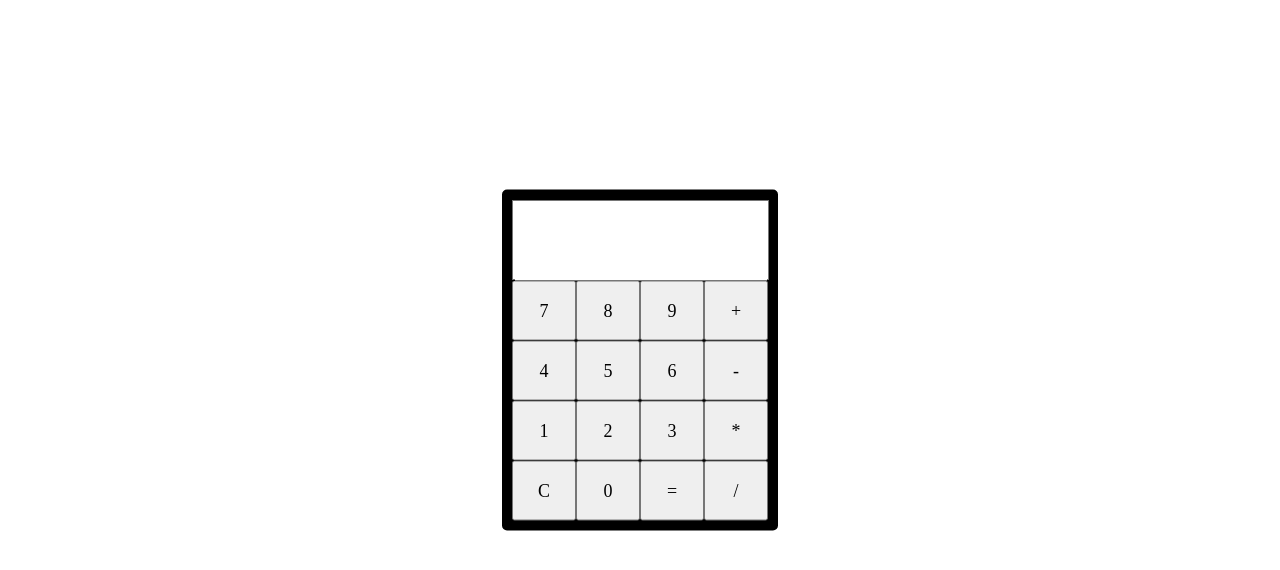
Repository: rajratangm/xcalculator
Page: /
These files come from the project's save history. The page is drawn as it stood at one moment and after the next save; the edit follows.
The browser window is 1280 px wide. The pictures show the whole page.
The project was rebuilt for these pictures with package versions that can differ from the ones it lists, and the page was loaded fresh each time. Also part of the build but not shown: vite.config.js.

Above is the page before, as saved 2024-04-03 11:08:59.

After the next save:
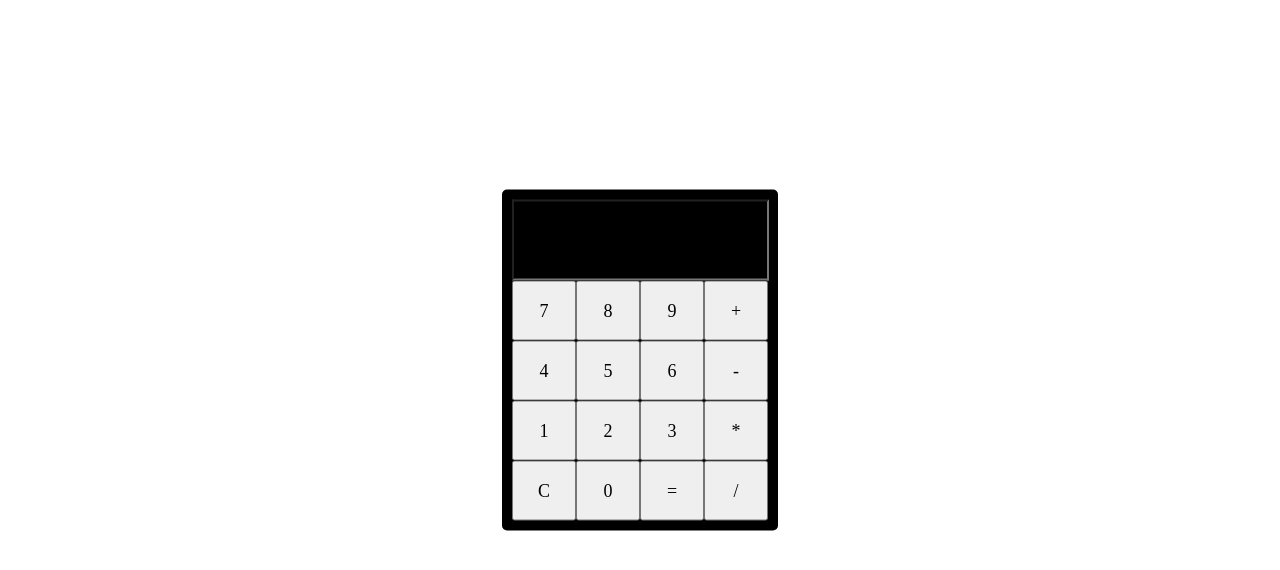
Saved 4 s later.
--- a/src/App.css
+++ b/src/App.css
@@ -34,6 +34,6 @@
 input[type='text']{
   height: 75px;
   width: 249px;
-  background-color
+  background-color: black
 
 }

After the save that followed:
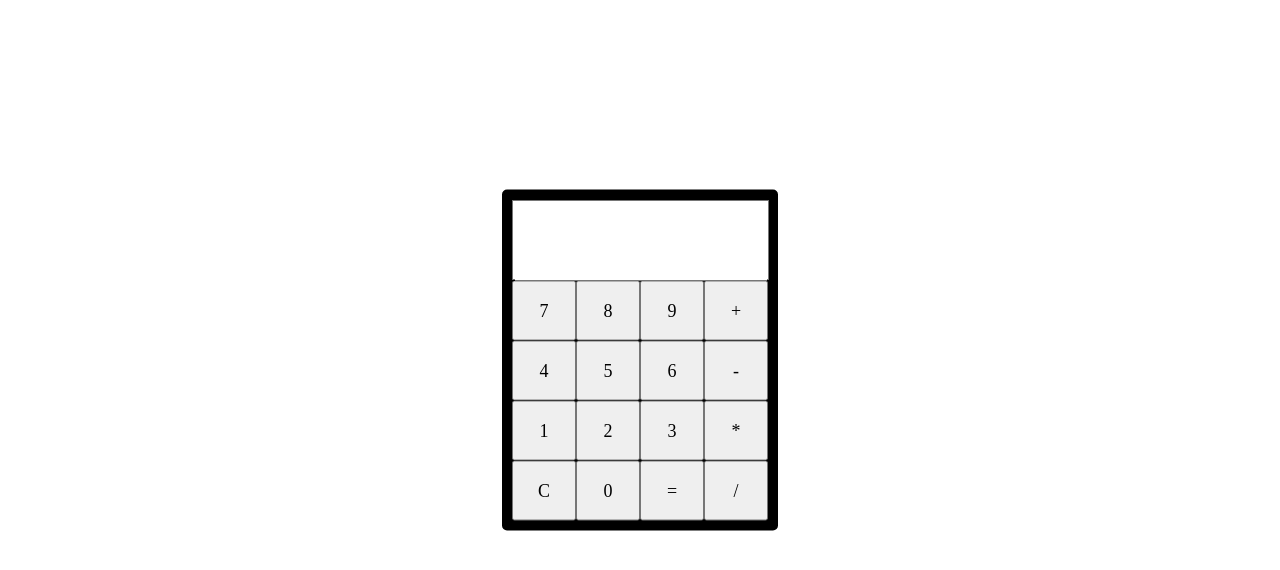
Saved 10 s later.
--- a/src/App.css
+++ b/src/App.css
@@ -34,6 +34,6 @@
 input[type='text']{
   height: 75px;
   width: 249px;
-  background-color: black
+  /* background-color: black */
 
 }
